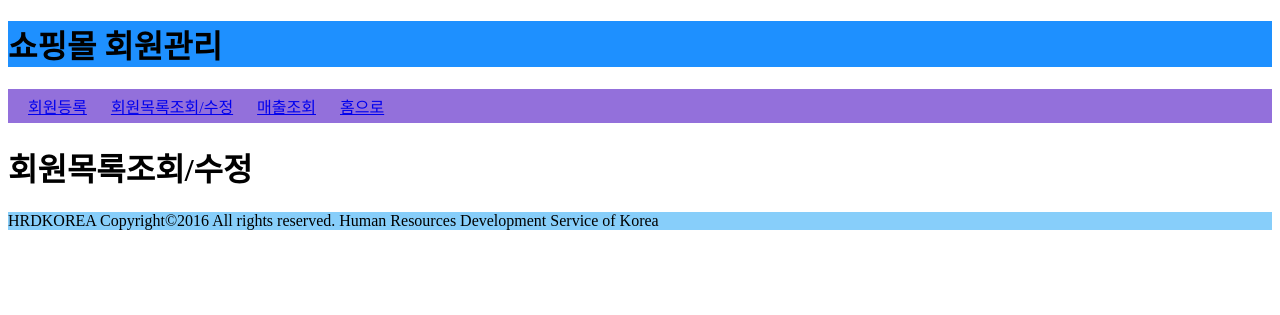
Repository: Namyunha/Oracle-Study
Page: http://localhost/HRD_1/memberList.jsp
An editor plug-in stored every save of this project. The page is shown before and after the next save, followed by the edit.
The browser window is 1280 px wide. The pictures show the whole page.
The page is served by Tomcat 9.

Above is the page before, as saved 2023-08-07 02:38:44.

After the next save:
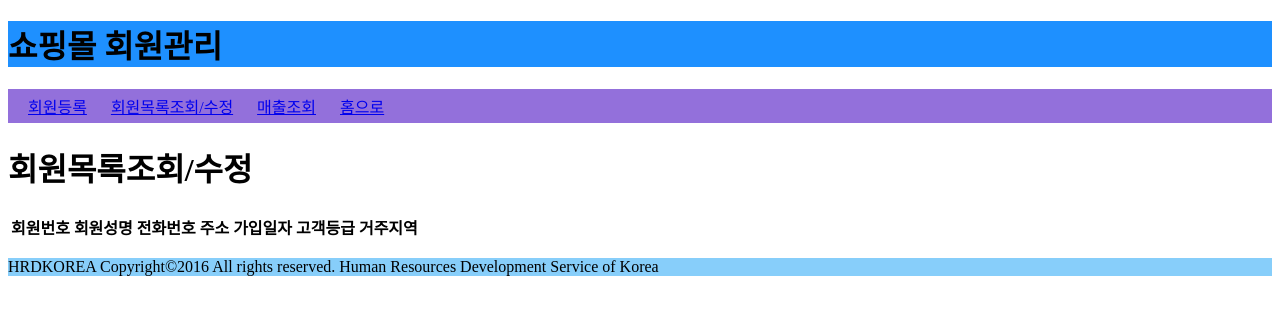
Saved 32 min 4 s later.
--- a/HRD_1/src/main/webapp/memberList.jsp
+++ b/HRD_1/src/main/webapp/memberList.jsp
@@ -9,6 +9,17 @@
 <%@include file="header.jsp" %>
 <%@include file="nav.jsp" %>
 <h1>회원목록조회/수정</h1>
+<table>
+	<thead>
+		<th>회원번호</th>
+		<th>회원성명</th>
+		<th>전화번호</th>
+		<th>주소</th>
+		<th>가입일자</th>
+		<th>고객등급</th>
+		<th>거주지역</th>
+	</thead>
+</table>
 <%@include file="footer.jsp" %>
 </body>
 </html>
